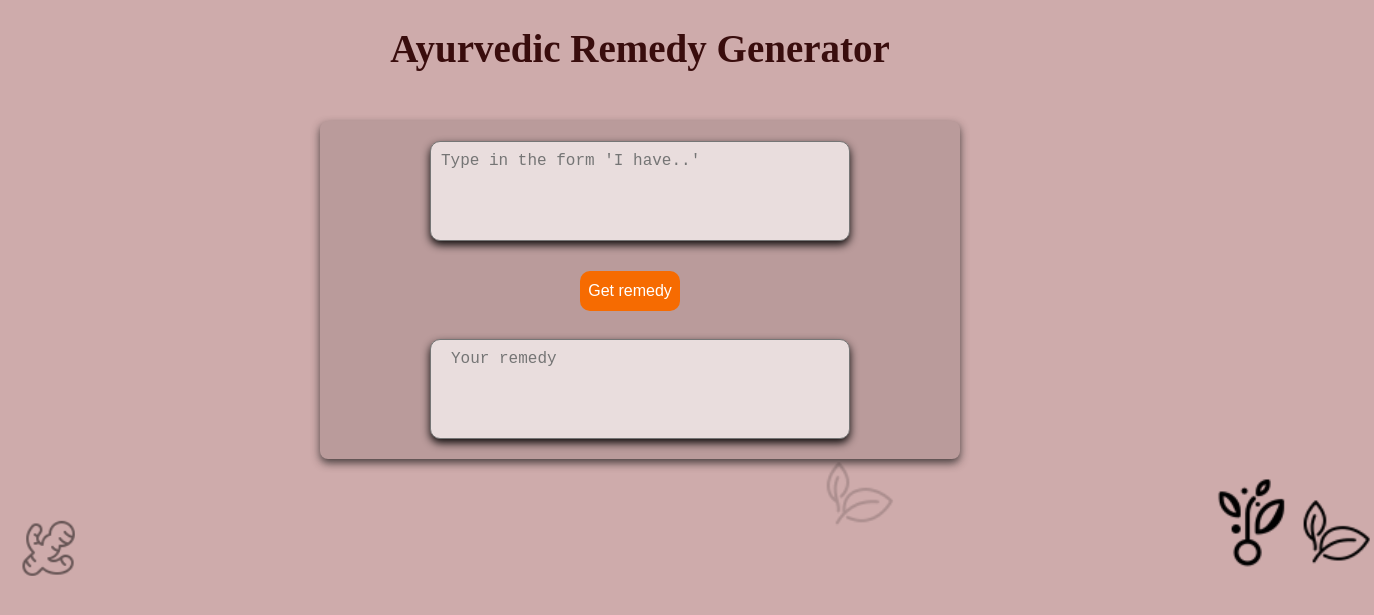
Repository: krutarthh/Ayurvedic-Remedy
Page: index.html
The author's editor kept a copy of each file at every save. The page is drawn from the files as they stood at one save, then again after the next save.
The browser window is 1280 px wide. The page is 1374 px wide, so the pictures cover 1374 px, including what lies to the right of the window. The pictures show the whole page.

Above is the page before, as saved 2024-04-10 15:05:37.

### index.html
<!DOCTYPE html>
<html>
<head>
  <script type="importmap">
    {
      "imports": {
        "@google/generative-ai": "https://esm.run/@google/generative-ai"
      }
    }
  </script>
</head>
<body>
  <h1 id="main_title">Ayurvedic Remedy Generator</h1>
  <div class="container">
    <link rel="stylesheet" href="app.css">
    <textarea id="user_input" placeholder="Type in the form 'I have..'" type="container"></textarea>
    <button id="Send" type="container">Get remedy</button>
    <br><br>
    <textarea id="answer" placeholder="Your remedy" type="container"></textarea>


  </div>
  <div class="muzieknootjes">
      <div class="noot-1">
        <img src="images/icons8-ginger-50.png">
      </div>
      <div class="noot-2">
        <img src="images/icons8-ayurveda-64.png">
      </div>
      <div class="noot-3">
        <img src="images/icons8-herb-50.png">
      </div>
      <div class="noot-4">
        <img src="images/icons8-ayurveda-64.png">
        <img src="images/icons8-herb-50.png">
      </div>
    </div>
  <script type="module" src="app.js"></script>
</body>
</html>

### app.css
/* app.css */
body {
    background: #ceabab;
}
.container {

    max-width: 600px;
    margin: 50px auto;
    padding: 20px;
    background-color: #ba9b9b;;
    border-radius: 8px;
    box-shadow: 0 4px 8px rgba(62, 55, 55, 0.931);
}
#user_input,
#answer {
    width: 70%;
    padding: 10px;
    font-size: 16px;
background-color: #e9dddd;
    border-radius: 10px; /* Add border-radius property with a value of 10px */
    box-sizing: border-box;
    resize: none;
    height: 100px;
    margin: 0 auto;
    display: block;
    box-shadow: 0 4px 8px rgba(0, 0, 0, 0.931);
}

#user_input {
    margin-bottom: 10px;
}




#answer {
    padding-left: 20px;
    margin-top: 10px;
}

#main_title {
    text-align: center;
    font-size: 39px;
    color: #390d0d;
    margin-bottom: 20px;
}



.muzieknootjes {
    display: block;
    margin: auto;
    position: relative;
    width: 100%;
    min-width: 200px;
    height: 100px;
    border: 0px solid #947070;
  }

  .noot-1,
  .noot-2,
  .noot-3,
  .noot-4 {
    position: absolute;
    animation: notes 2s infinite linear;
    font-size: 1px;
    opacity: 1;
  }

  .noot-1 {
    top: 30px;
    left: 0;
    animation-delay: 0.5s;
  }

  .noot-2 {
    top: 30px;
    left: 30%;
    animation-delay: 1s;
  }

  .noot-3 {
    top: 30px;
    left: 60%;
    animation-delay: 1.5s;
  }

  .noot-4 {
    top: 30px;
    left: 90%;
    animation-delay: 2s;
  }

  @keyframes notes {
    0% {
      transform: scale(1) translate(0, 0);
      opacity: 0;
    }
    50% {
      opacity: 1;
      transform: scale(1.5) translate(50%, -50%);
    }
    80% {
      opacity: 0;
      transform: scale(1.5) translate(100%, -100%);
    }
    100% {
      transform: scale(1.5) translate(100%, -100%);
      opacity: 0;
    }
  }

  #Send {
    filter: drop-shadow(0 0 1rem var(--purple-300));
  }
  #Send {
    width: 100px;
    height: 40px;
    background-color: #f66b01;
    color: white;
    border: none;
    border-radius: 10px;
    font-size: 16px;
    cursor: pointer;
    margin-left: 40% ;
    margin-top: 20px;
  }

  #Send:after {
    content: '';
    position: absolute;
    z-index: -1;
    inset: 0;
    border-radius: inherit;
    opacity: 0.6;
    box-shadow: 0 0 1em 0.5em var(--purple-300);
  }

### app.js
import { GoogleGenerativeAI } from "@google/generative-ai";

// api call to get the model
const API_KEY = "AIzaSyDBtZZsASIYVyQiLgik32sfZeJjd2X8IPQ";


const genAI = new GoogleGenerativeAI(API_KEY);

const model = genAI.getGenerativeModel({ model: "gemini-pro" });

// fetchign the elements
const user_input = document.getElementById("user_input");
const answer_area = document.getElementById("answer");
const send_button = document.getElementById("Send");
// redirect from enter action to the clicking the button.
user_input.addEventListener("keyup", (event) => {
    if (event.key === "Enter") {
        send_button.click();
    }
});

// on click event to get the answer from the model
send_button.addEventListener("click", async () => {
    const question = user_input.value;
    const answer = await generateText(question + "give me a ayurvedic remedy, the answer should be short and specific, behave like a chatbot.");

    const filtered_answer = answer.replace(/\*/g, '');
    const typingSpeed = 28;
    const answerText = filtered_answer;
    let index = 0;
    function typeAnswer() {
        if (index < answerText.length) {
            answer_area.textContent += answerText.charAt(index);
            index++;
            setTimeout(typeAnswer, typingSpeed);
        }
    }

    typeAnswer();
});

// function to get the answer from the model
async function generateText(prompt) {

    const result = await model.generateContent(prompt);
    const response = await result.response;
    const text = await response.text();
    return text;
}

After the next save:
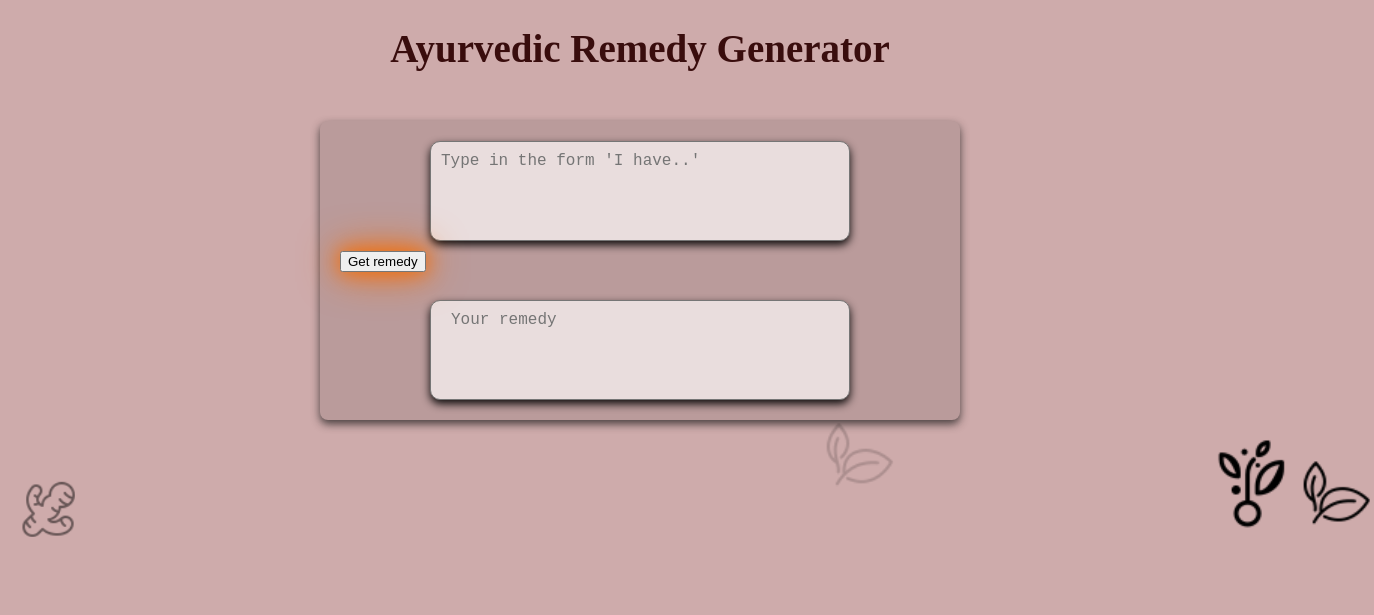
Saved 51 s later.
--- a/app.css
+++ b/app.css
@@ -112,15 +112,20 @@
 
   #Send {
     filter: drop-shadow(0 0 1rem var(--purple-300));
+    animation: glowing 2s infinite;
   }
-  #Send {
-    width: 100px;
-    height: 40px;
-    background-color: #f66b01;
-    color: white;
-    border: none;
-    border-radius: 10px;
-    font-size: 16px;
+
+  @keyframes glowing {
+    0% {
+      box-shadow: 0 0 5px #f66b01;
+    }
+    50% {
+      box-shadow: 0 0 20px #f66b01, 0 0 40px #f66b01;
+    }
+    100% {
+      box-shadow: 0 0 5px #f66b01;
+    }
+  }
     cursor: pointer;
     margin-left: 40% ;
     margin-top: 20px;

After the 3 saves that followed:
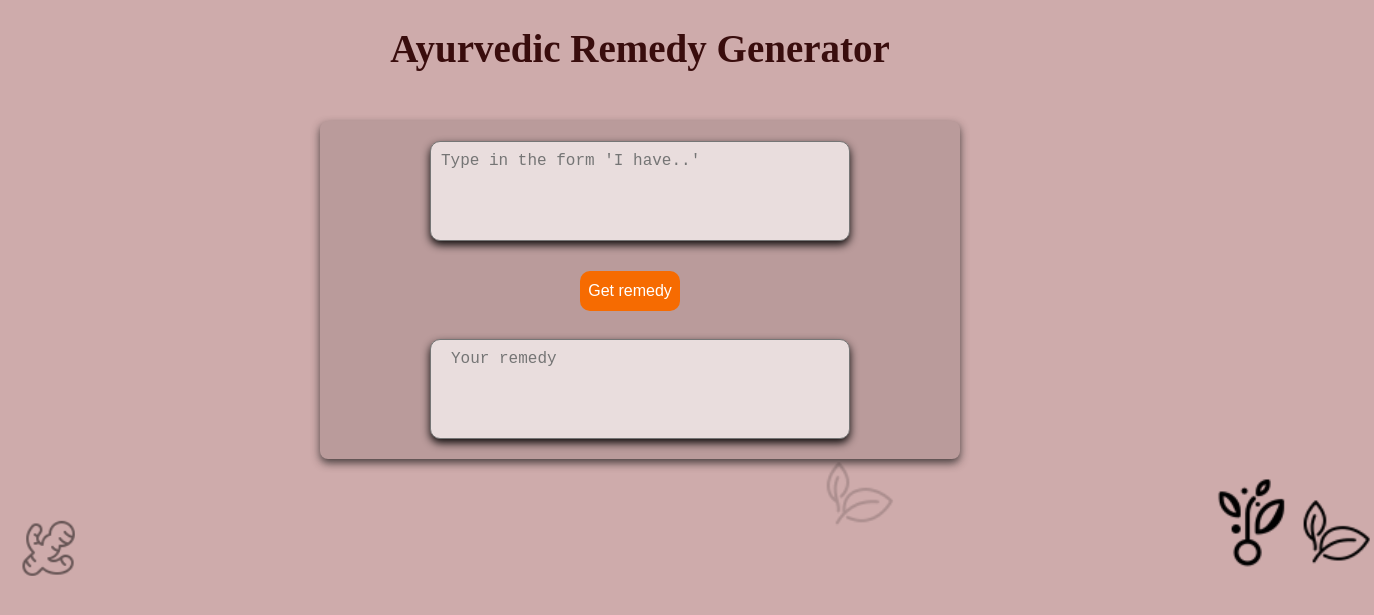
The 3 saves are shown as one change because 2 left the picture as it was.
The last was saved 67 s later.
--- a/app.css
+++ b/app.css
@@ -111,21 +111,13 @@
   }
 
   #Send {
-    filter: drop-shadow(0 0 1rem var(--purple-300));
-    animation: glowing 2s infinite;
-  }
-
-  @keyframes glowing {
-    0% {
-      box-shadow: 0 0 5px #f66b01;
-    }
-    50% {
-      box-shadow: 0 0 20px #f66b01, 0 0 40px #f66b01;
-    }
-    100% {
-      box-shadow: 0 0 5px #f66b01;
-    }
-  }
+    width: 100px;
+    height: 40px;
+    background-color: #f66b01;
+    color: white;
+    border: none;
+    border-radius: 10px;
+    font-size: 16px;
     cursor: pointer;
     margin-left: 40% ;
     margin-top: 20px;
